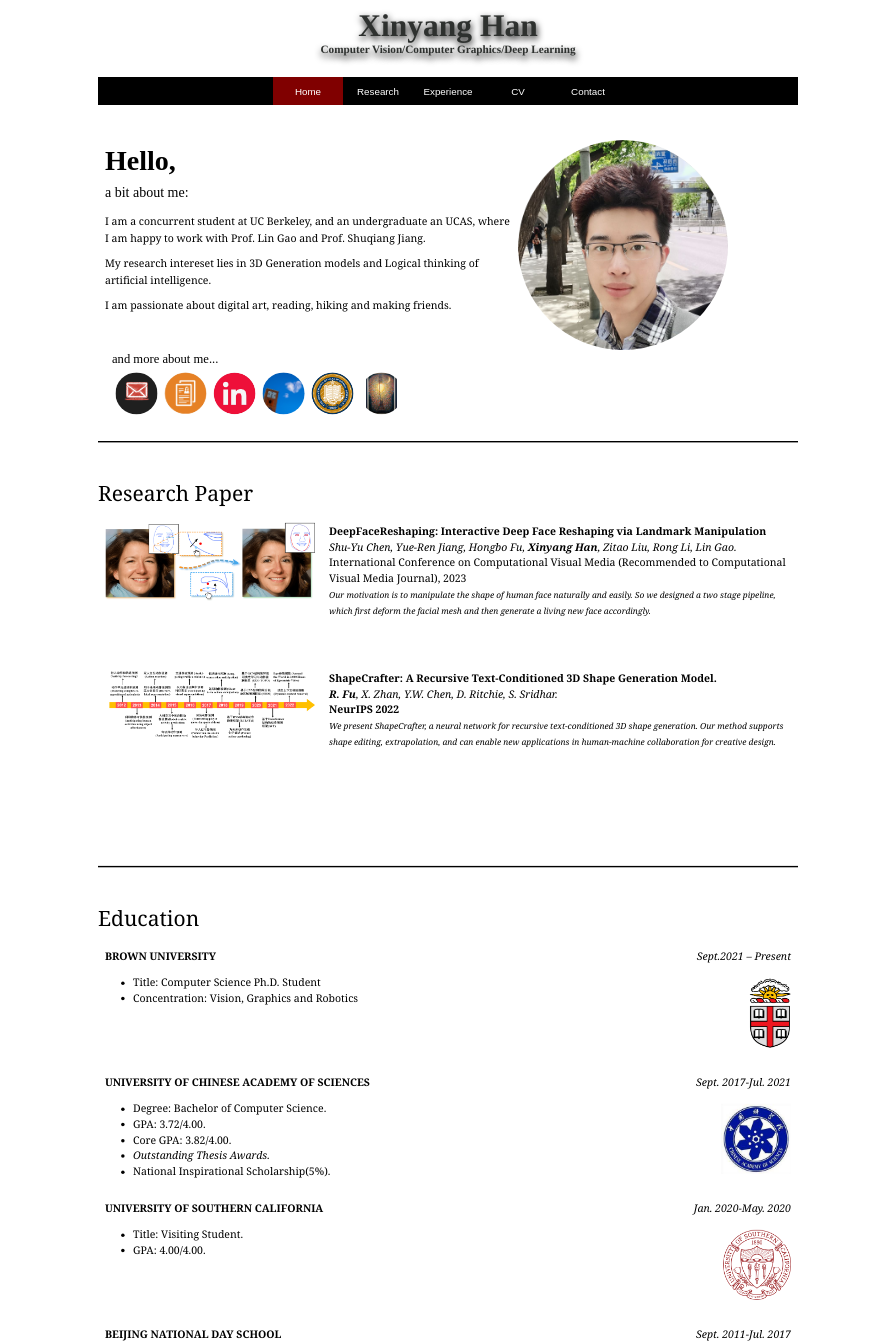
Repository: XinyangHan/XinyangHan.github.io
Page: index.html
The author's editor kept a copy of each file at every save. The page is drawn from the files as they stood at one save, then again after the next save.
The browser window is 1280 px wide. The pictures show the part of the page from y = 0 to 1920 px (the page is 3473 px tall), at 70% of full size.

Above is the page before, as saved 2023-02-11 14:15:41.
Console error (its wording comes from the project's code and is left out).

### index.html
<!DOCTYPE html>
<html>

<head>
	<meta charset="utf-8">
	<meta name="keywords" content="Rao FU, Rao FU, Rao Fu Homepage, Rao Fu Webpage, Rao Fu UCAS, Rao Fu Brown">
	<meta name="description" content="Rao FU's homepage">
	<meta name="viewport" content="width=device-width, initial-scale=1">
	<title>Rao FU | Homepage</title>
	<link href="style.css" rel="stylesheet" />
	<style>
	</style>



</head>

<body>
<!-------------------------------------------------- Header -------------------------------------------------->
<div id="header">
	<h1> Xinyang Han </h1>
	<h2>Computer Vision/Computer Graphics/Deep Learning</h2>
</div><!-- Header -->

<!-------------------------------------------------- Navbar -------------------------------------------------->
<div id="nav-wrapper">
<div id="nav">
			<button class="btn active" onclick="window.location.href = './index.html#content_home';">Home</button>
			<button class="btn" onclick="window.location.href = './index.html#content_project';">Research</button>
			<button class="btn" onclick="window.location.href = './index.html#content_exp';">Experience</button>
			<button class="btn" onclick="window.location.href = './resource/My_CV.pdf'; target='_blank'; ">CV</button>
			<button class="btn" onclick="window.location.href = './index.html#c_contact_biography';">Contact</button>
			<!-- <a href="./index.html#content_home" class="active">Home</a>  -->
			<!-- <a href="./index.html#content_project">Research</a> -->
			<!-- <a href="./index.html#content_exp">Experience</a> -->
			<!-- <a href="./resource/MY_CV.pdf">CV</a> -->
			<!-- <a href="./index.html#c_contact_biography">Contact</a> -->
</div> <!-- #nav -->
</div>

<!-------------------------------------------------- Script -------------------------------------------------->
<script>
	// Get the container element
	var btnContainer = document.getElementById("nav");

	// Get all buttons with class="btn" inside the container
	var btns = btnContainer.getElementsByClassName("btn");

	// Loop through the buttons and add the active class to the current/clicked button
	for (var i = 0; i < btns.length; i++) {
	btns[i].addEventListener("click", function() {
		var current = document.getElementsByClassName("active");
		current[0].className = current[0].className.replace(" active", "");
		this.className += " active";
	});
	}
</script>

<!-------------------------------------------------- Content Home-------------------------------------------------->
<div class="content"  id="content_home">

	<div class="c_home_wrapper">
		<div id="c_biography">
			<strong id="c_font1">Hello,</strong><br>
			<span class="c_font2">a bit about me:</span><br>
			<p class="c_font3">
				I am a concurrent student at UC Berkeley, and an undergraduate an UCAS, where I am happy to work with Prof. Lin Gao and Prof. Shuqiang Jiang.
			</p>
			<p class="c_font3">
				My research intereset lies in 3D Generation models and Logical thinking of artificial intelligence.
			</p>
			<p class="c_font3">
				I am passionate about digital art, reading, hiking and making friends.
			</p>
		</div>

		<div id="c_profile">
			<div class="c_thumbnail">
				<img src="img/round_profile.png" id="buttons" alt="profile_button" >
				<div class="overlay">
					<p>
						勿戳！<br>
						Don't poke my cheeks!<br>
						¡no me toques las mejillas! <br>
						मेरे गाल मत दबाओ! <br>
						আমার গালে খোঁচা দিও না! <br>
						não cutuque minhas bochechas! <br>
						не тыкай меня в щеки! <br>
						私の頬をつつかないで！ <br>
						ਮੇਰੀਆਂ ਗੱਲ੍ਹਾਂ ਨੂੰ ਨਾ ਮਾਰੋ! <br>
						唔好戳我嘅脸颊！<br>
						đừng chọc má tôi!<br>
						నా బుగ్గలు కుట్టకు!<br>
						yanaklarımı dürtme!<br>
						내 뺨을 찌르지 마! <br>
						ne touchez pas mes joues!<br>
						stoß mir nicht in die Wangen!<br>
						என் கன்னங்களை குத்தாதே!<br>
						میرے گالوں کو مت مارو!<br>
						ojo nyocot pipiku!<br>
						non toccarmi le guance!<br>
						لا تكز خدي!<br>
					</p>
				</div>
			</div>
		</div>

		<div id="c_info">
			<!-- <strong id="c_font4">And more</strong><br>
			<strong id="c_font4">about me</strong><br> -->
			<span class="c_font2_1"> and more about me... </span><br>
			<!-- CONTENT TODO -->
			<div class="thumbnail">
				<img src="img/email_icon.jpg" id="button0" alt="email_button" >
				<div class="overlay" onclick="window.location.href = 'hanxinyang20a@mails.ucas.ac.cn';" >
					<p>Email to<br>Say Hi</p>
				</div>
			</div> <!-- .thumbnail -->


			<div class="thumbnail">
				<img src="img/cv_icon.jpg" id="button1" alt="cv_button" >
				<div class="overlay"  onclick="window.location.href='./resource/Xinyang_Han_CV.pdf'; " >
					<p>CV/<br>Resume</p>
				</div>
			</div> <!-- .thumbnail -->

			<!-- <div class="thumbnail">
				<img src="img/gs_icon.png" id="button2" alt="google_button" >
				<div class="overlay" onclick="window.location.href = 'https://scholar.google.com/citations?hl=en&user=VWMWQEcAAAAJ';" >
					<p>Google<br>Scholar</p>
				</div>
			</div>  -->

			<div class="thumbnail">
				<img src="img/linkedin_icon.png" id="button3" alt="lkin_icon" >
				<div class="overlay" onclick="window.location.href = 'https://www.linkedin.com/in/xinyang-han-313bba265/;" >
					<p>LinkedIn<br>Profile</p>
				</div>
			</div> <!-- .thumbnail -->

			<div class="thumbnail">
				<img src="img/ucas_button.png" id="button4" alt="ucas_button" >
				<div class="overlay" onclick="window.location.href = 'https://en.wikipedia.org/wiki/University_of_the_Chinese_Academy_of_Sciences/';" >
					<p>B.E.@<br>UCAS</p>
				</div>
			</div> <!-- .thumbnail -->

			<div class="thumbnail">
				<img src="img/Seal_of_University_of_California,_Berkeley.svg.png" id="button5" alt="brown_button">
				<div class="overlay" onclick="window.location.href = 'https://www.berkeley.edu/';" >
					<p>Exchanging student.@<br>UCB
					</p>
				</div>
			</div> <!-- .thumbnail -->

			<!--<div class="thumbnail">
				<img src="img/cat_icon.jpg" id="button6" alt="cat_button">
				<div class="overlay" onclick="window.location.href = 'https://instagram.com/inocchi_mew?r=nametag';" >
					<p>My Cat<br>Inocchi
					</p>
				</div>
			</div>  .thumbnail -->

			<div class="thumbnail">
				<img src="img/art_icon.jpg" id="button6" alt="art_button">
				<div class="overlay" onclick="window.location.href = './index.html#content_home';" >
					<p>Arts<br>Todo...</p>
				</div>
			</div> <!-- .thumbnail -->

		</div>
	</div><!-- Home Wrapper-->

	<div class="clearfloat"></div>
</div><!-- Content Home-->

<!-------------------------------------------------- Content Project -------------------------------------------------->
<div class="content">

	<div class="c_public_wrapper" id="content_project">
		<div class="c_font1_1">Research Paper</div>

		<div class="c_public">
			<div class="disp_wrapper">
				<!-- <a href="./img/HRFormer.png" data-lightbox="project1" data-title="HRFormer2 Structure"> -->
					<img src="./img/DeepFaceReshaping.png" class="project_img" title="ShapeCrafter Structure">
				<!-- </a> -->
				<!-- <p class="small_font">click image for details</p> -->
			</div>
			<strong>DeepFaceReshaping: Interactive Deep Face Reshaping via Landmark Manipulation</strong>
			<br><em>Shu-Yu Chen, Yue-Ren Jiang, Hongbo Fu, <strong>Xinyang Han</strong>, Zitao Liu, Rong Li, Lin Gao. </em>
			<br>International Conference on Computational Visual Media (Recommended to Computational Visual Media Journal), 2023</em>
			<br><em class="small_font">Our motivation is to manipulate the shape of human face naturally and easily. So we designed a two stage pipeline, which first deform the facial mesh and then generate a living new face accordingly.</em>
			<!-- <br><a href="https://arxiv.org/abs/2207.09446" class="small_font">[paper]</a>
			<a href="https://ivl.brown.edu/projects/shapecrafter" class="small_font">[project]</a>	-->
		</div>

		<div class="c_public">
			<div class="disp_wrapper">
				<!-- <a href="./img/HRFormer.png" data-lightbox="project1" data-title="HRFormer2 Structure"> -->
					<img src="./img/ai_prediction.png" class="project_img" title="ShapeCrafter Structure">
				<!-- </a> -->
				<!-- <p class="small_font">click image for details</p> -->
			</div>
			<strong>ShapeCrafter: A Recursive Text-Conditioned 3D Shape Generation Model.</strong>
			<br><em><strong>R. Fu</strong>, X. Zhan, Y.W. Chen, D. Ritchie, S. Sridhar. </em>
			<br><strong>NeurIPS 2022</strong></em>
			<br><em class="small_font">We present ShapeCrafter, a neural network for recursive text-conditioned 3D shape generation.
				Our method supports shape editing, extrapolation, and can enable new applications in human-machine collaboration for creative design.</em>
			<!-- <br><a href="https://arxiv.org/abs/2207.09446" class="small_font">[paper]</a>
			<a href="https://ivl.brown.edu/projects/shapecrafter" class="small_font">[project]</a>	-->
		</div>
	</div>
	<div class="clearfloat"></div>
</div><!-- Content Project-->

<!-------------------------------------------------- Content Experiment-------------------------------------------------->
<div class="content">

	<div class="c_education_wrapper" id="content_exp">
		<div class="c_font1_1">Education</div>

		<div class="c_education">
			<strong>BROWN UNIVERSITY</strong>
			<em class="dates">Sept.2021 – Present</em>
			<div class="clearfloat"></div>
			<div class="logo_wrapper">
				<img class="schoollogo" src="./img/brown_logo.png" alt="BROWN Logo" />
			</div>
			<ul>
			<li>Title: Computer Science Ph.D. Student</li>
			<li>Concentration: Vision, Graphics and Robotics</li>
			</ul>
		</div>

		<div class="c_education">
			<strong>UNIVERSITY OF CHINESE ACADEMY OF SCIENCES</strong>
			<em class="dates">Sept. 2017-Jul. 2021</em>
			<div class="clearfloat"></div>
			<div class="logo_wrapper">
				<img class="schoollogo" src="./img/cas_logo.jpg" alt="CAS Logo" />
			</div>
			<ul>
			<li>Degree: Bachelor of Computer Science.</li>
			<li>GPA: 3.72/4.00.</li>
			<li>Core GPA: 3.82/4.00.</li>
			<li><em>Outstanding Thesis Awards.</em> </li>
			<li><em></em>National Inspirational Scholarship(5%).</em></li>
			</ul>
		</div>

		<div class="c_education">
			<strong>UNIVERSITY OF SOUTHERN CALIFORNIA</strong>
			<em class="dates">Jan. 2020-May. 2020</em>
			<div class="clearfloat"></div>
			<div class="logo_wrapper">
				<img class="schoollogo" src="./img/usc_logo.png" alt="USC Logo" />
			</div>
			<ul>
			<li>Title: Visiting Student.</li>
			<li>GPA: 4.00/4.00.</li>
			</ul>

		</div>

		<div class="c_education">
			<strong>BEIJING NATIONAL DAY SCHOOL</strong>
			<em class="dates">Sept. 2011-Jul. 2017</em>
			<div class="clearfloat"></div>
			<div class="logo_wrapper">
				<img class="schoollogo" src="./img/bnds_logo.png" alt="USC Logo" />
			</div>
			<ul>
			<li>Title: Student.</li>
			<li>GPA: 3.9/4.0.</li>
			</ul>

		</div>
	</div>

	<div class="c_intern_wrapper">
		<div class="c_font1_1">Employment</div>

		<div class="c_intern">
			<strong>Research intern: Autodesk Inc.</strong>
				<em class="dates">May. 2022 – Present</em>
			<br><br><em>Group: AI Lab</em><em class="dates">Toronto, Canada</em>
			<ul>
				<li>Research on Lauguage-guided 3D Shape Generation.</li>
			</ul>
		</div>

		<div class="c_intern">
			<strong>Research intern: Microsoft Research, Asia</strong>
				<em class="dates">Mar. 2021 – July. 2021</em>
			<br><br><em>Group: Speech Group, Visual Computing Group</em><em class="dates">Beijing, China</em>
			<ul>
				<li>Research on High-Resolution Machine Perception Backbone</li>
			</ul>
		</div>

		<div class="c_intern">
			<strong>Research intern: University of California, San Diego</strong>
				<em class="dates">May. 2020 – Nov. 2020</em>
			<br><br><em>Advisor: Prof. Hao Su.</em><em class="dates">San Diego, CA, USA</em>
			<ul>
				<li>Research on Robot Grasping with Two-Finger Grippers.</li>
				<li>Research on Humanoid Robot Grippers.</li>
			</ul>
		</div>

		<div class="c_intern">
				<strong>Research intern: Institute of Computing Technology, CAS.</strong>
					<em class="dates">Jul. 2019 – Nov. 2020</em>
				<br><br><em>Advisor: Prof. Lin Gao</em> <em class="dates">Beijing, China</em>
				<ul>
					<li>Research on Fine-grained 3D Shape Retrieval.</li>
					<li>Research on Talking Head Generation.</li>
				</ul>
		</div>
	</div>

	<div class="clearfloat"></div>

</div><!-- Content Experiment-->

<!-------------------------------------------------- Content Contact-------------------------------------------------->
<div class="content">
	<div class="c_contact_wrapper">
	<!-- 	<div id="c_contact_biography">
			<span class="c_font1_1">Contact me:</span><br>
			<p class="c_font3">
			Email: <a href="mailto:rao_fu@brown.edu">rao_fu@brown.edu</a>
			</p>
			<p class="c_font3">
			Mail: Brown University Box 1910, Providence, RI 02912
			</p>
		</div> -->

		<div id="c_contact_profile">
			<span class="c_font1_1">Buy me a Boba:</span><br>
			<p class="c_font3">
			If you like my homepage and think it's useful, welcome to buy me a Boba via Wechat or Paypal down here:
			</p>
			<div id="c_contact_thumbnail_1">
			</div>
			<div id="c_contact_thumbnail_2">
			</div>
		</div>

		<div class="clearfloat"></div>
	</div><!-- Content Contact Wrapper-->
</div><!-- Content Contact -->


<div class="clearfloat"></div>
<!-------------------------------------------------- Footer -------------------------------------------------->
<div id="footer">
	<!-- <div class="b_thumbnail">
		<img class="b_img" src="img/i3.png" alt="email">
	</div>
	<div class="b_font">
		<a href="mailto:rao_fu@brown.edu">rao_fu@brown.edu</a>
	</div>
	<div class="b_thumbnail">
		<img class="b_img" src="img/i4.png" alt="git">
	</div>
	<div class="b_font">
		<a href="https://github.com/freddierao">github.com/freddierao</a>
	</div>	 -->
	<div class="b_thumbnail">
		<img class="b_img" src="img/i2.png" alt="copyright">
	</div>
	<div class="b_font">
		&copy; 2022 by Rao FU
	</div>
	<div class="clearfloat"></div>
</div><!-- Footer -->
<script>
window.onscroll = function() {myFunction()};

var navbar = document.getElementById("nav-wrapper");
var sticky = navbar.offsetTop;

function myFunction() {
  if (window.pageYOffset >= sticky) {
    navbar.classList.add("sticky")
  } else {
    navbar.classList.remove("sticky");
  }
}
</script>
</body>
</html>

Loaded but not shown: style.css (556 lines, source omitted)

After the next save:
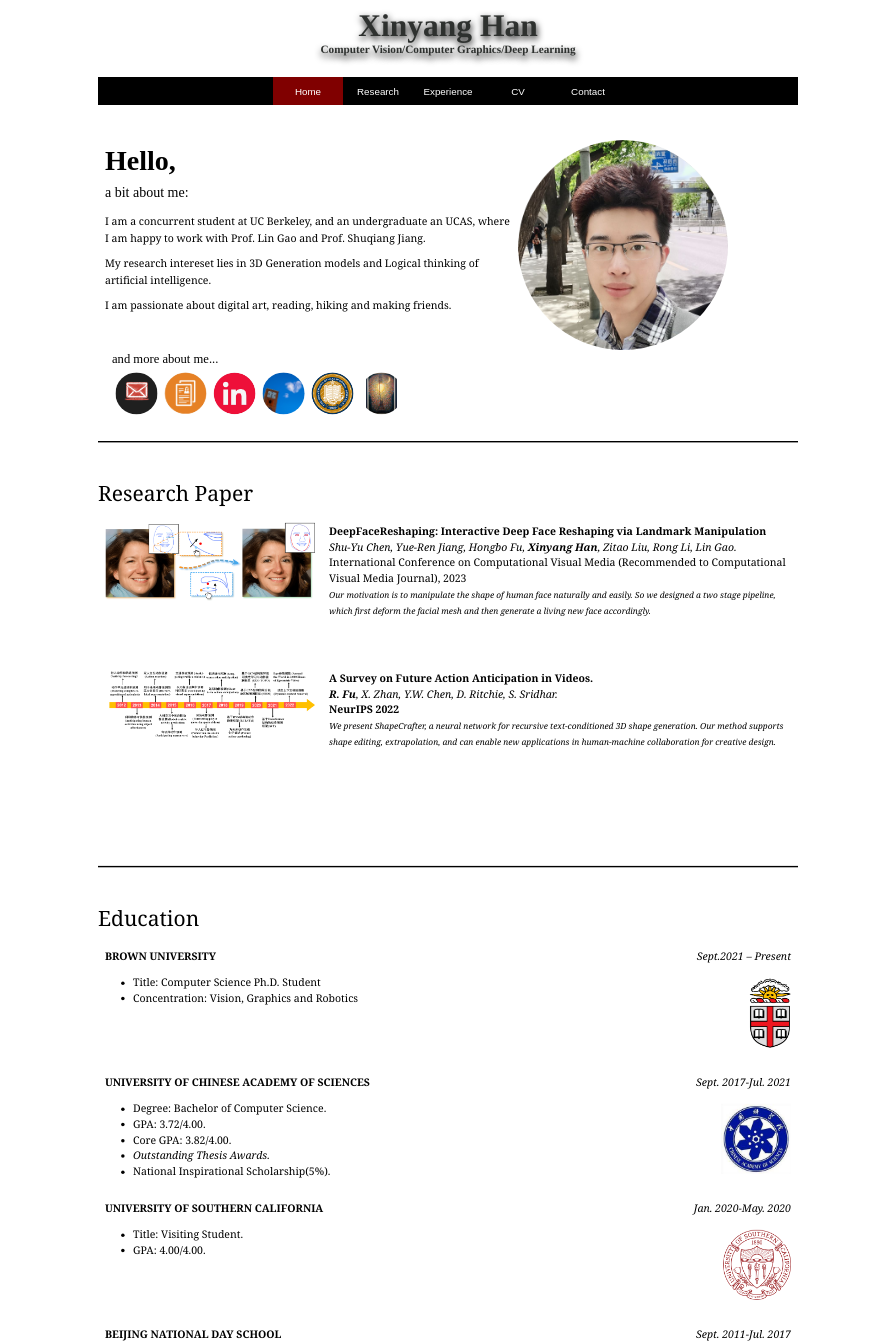
Saved 18 s later.
--- a/index.html
+++ b/index.html
@@ -203,7 +203,7 @@
 				<!-- </a> -->
 				<!-- <p class="small_font">click image for details</p> -->
 			</div>
-			<strong>ShapeCrafter: A Recursive Text-Conditioned 3D Shape Generation Model.</strong>
+			<strong>A Survey on Future Action Anticipation in Videos.</strong>
 			<br><em><strong>R. Fu</strong>, X. Zhan, Y.W. Chen, D. Ritchie, S. Sridhar. </em>
 			<br><strong>NeurIPS 2022</strong></em>
 			<br><em class="small_font">We present ShapeCrafter, a neural network for recursive text-conditioned 3D shape generation.
